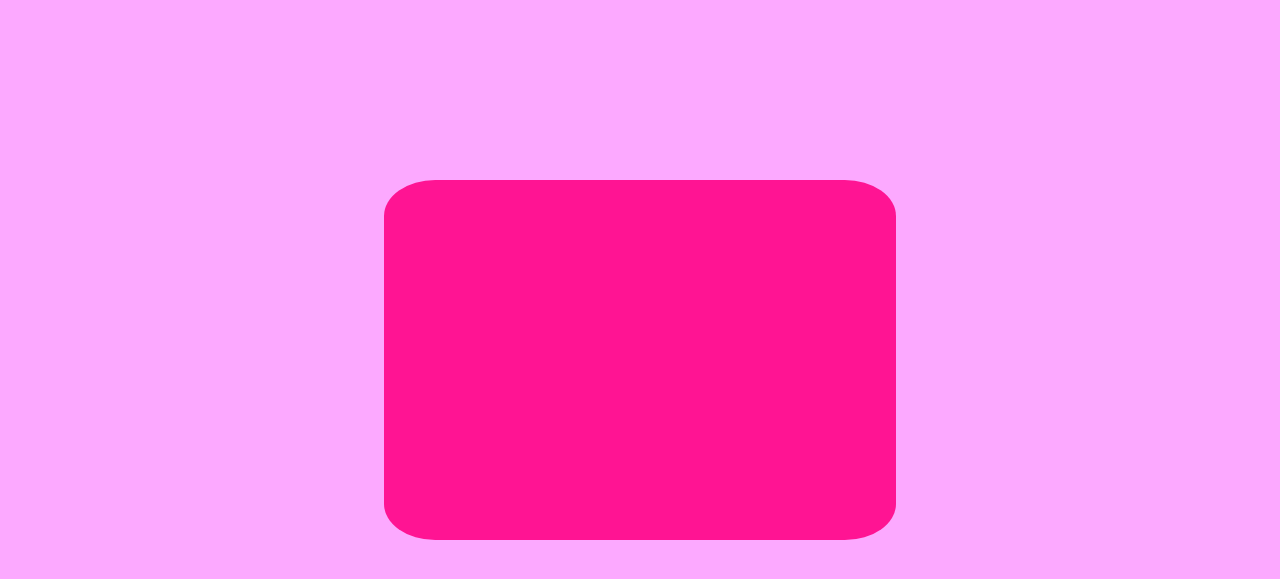
Repository: 2001mariana/Calculator_react
Page: /
The author's editor kept a copy of each file at every save. The page is drawn from the files as they stood at one save, then again after the next save.
The browser window is 1280 px wide. The pictures show the whole page.
The project was rebuilt for these pictures with package versions that can differ from the ones it lists, and the page was loaded fresh each time.

Above is the page before, as saved 2023-02-06 17:14:37.

After the next save:
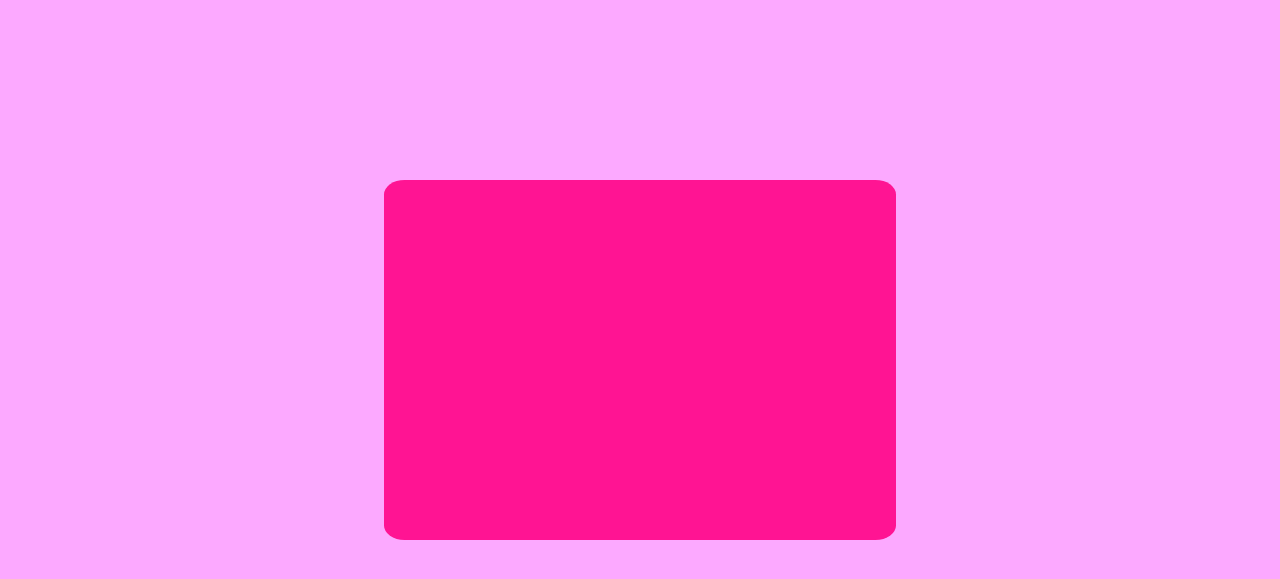
Saved 5 s later.
--- a/src/App.css
+++ b/src/App.css
@@ -9,6 +9,6 @@
 .Calculator__body {
   height: 50vh;
   width: 40vw;
-  border-radius: 10%;
+  border-radius: 4%;
   background-color: deeppink;
 }
